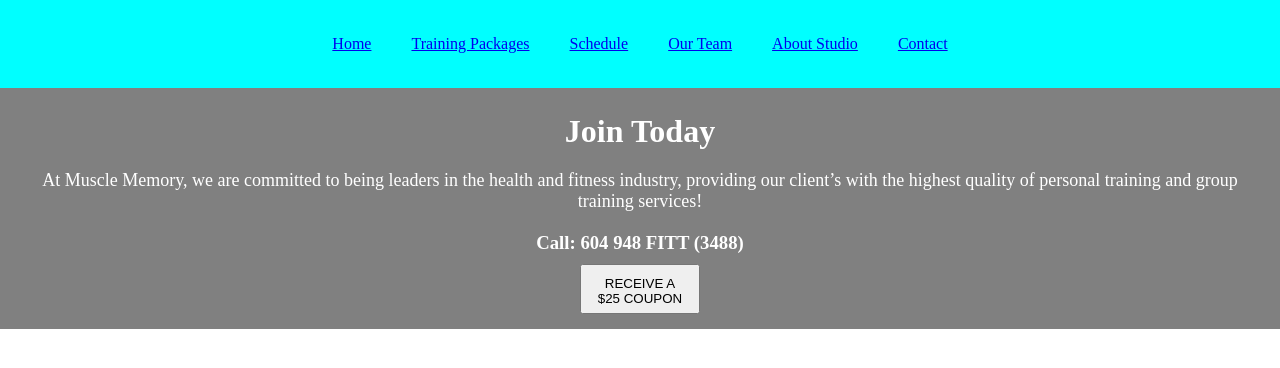
Repository: MujtabaHabib/muscle-memory-website
Page: index.html
An editor plug-in stored every save of this project. The page is shown before and after the next save, followed by the edit.
The browser window is 1280 px wide. The pictures show the whole page.

Above is the page before, as saved 2026-01-27 02:26:49.

### index.html
<!DOCTYPE html>
<html lang="en">

<head>
    <meta charset="UTF-8">
    <meta name="viewport" content="width=device-width, initial-scale=1.0">
    <title>Muscle Memory</title>
    <link rel="stylesheet" href="style.css">
</head>

<body>
    <div class="container">
        <nav class="nav">
            <ul class="list">
                <li><a href="#">Home</a></li>
                <li><a href="#">Training Packages</a></li>
                <li><a href="#">Schedule</a></li>
                <li><a href="#">Our Team</a></li>
                <li><a href="#">About Studio</a></li>
                <li><a href="#">Contact</a></li>
            </ul>
        </nav>
        <div class="details">
            <h1>Join Today</h1>
            <p>At Muscle Memory, we are committed to being leaders in the health and fitness industry,
                providing our client’s with the highest quality of personal training and group training
                services!</p>

            <h3>Call: 604 948 FITT (3488)</h3>
            <button>RECEIVE A $25 COUPON</button>
        </div>
    </div>

</body>

</html>

### style.css
* {
    margin: 0;
    padding: 0;

}

/* .container{
    background-image: url(gym.jpg);
    background-repeat: no-repeat;
    background-size: cover;
    height: 100vh;
} */

.list {
    display: flex;
    color: white;
    padding: 15px;
    justify-content: center;
    align-items: center;
    background-color: cyan;
    margin: 0px;
}

.list li {
    padding: 20px;
    list-style-type: none;

}

/* .card{
    display: flex;
    width: fit-content;
    height: 400%;
    width: 100%;
} */

.details {
    text-align: center;
    background-color: gray;
    padding: 15px 15px 15px;
    color: white;


}

.details button {
    height: 50px;
    width: 120px;


}

.details h1 ,
.details h3,
.details p,
.details button {
    padding: 10px 15px 10px;
}
.details p{
    font-size: 18px;
}

After the next save:
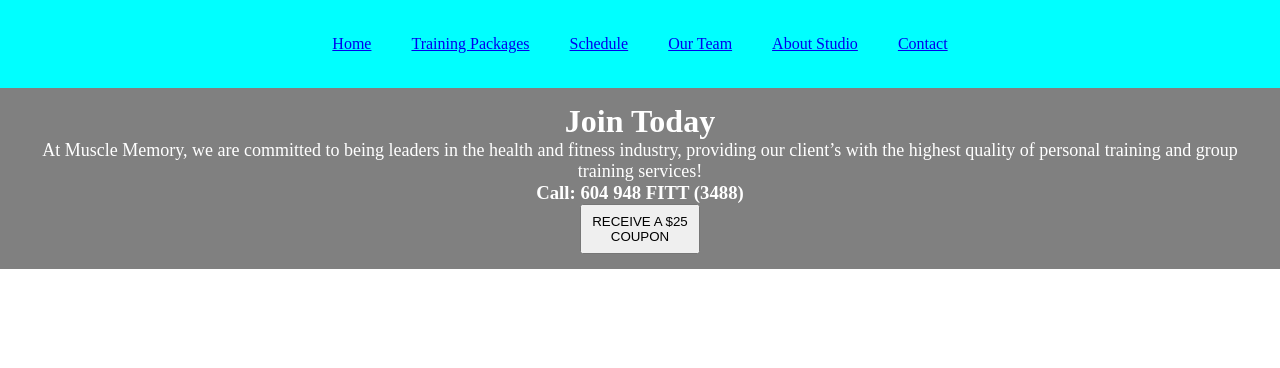
Saved 43 s later.
--- a/style.css
+++ b/style.css
@@ -54,7 +54,7 @@
 .details h3,
 .details p,
 .details button {
-    padding: 10px 15px 10px;
+
 }
 .details p{
     font-size: 18px;
